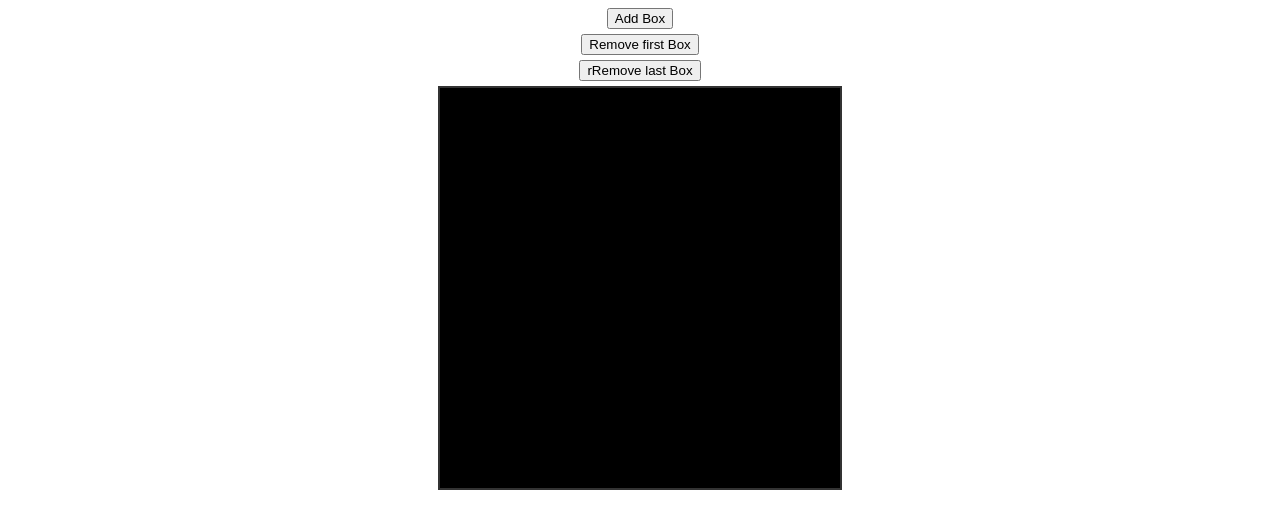
Repository: PankajSutharPersistent/vm-backup
Page: workspaceJavaScript/JSDemo/step-25.html
An editor plug-in stored every save of this project. The page is shown before and after the next save, followed by the edit.
The browser window is 1280 px wide. The pictures show the whole page.

Above is the page before, as saved 2016-12-30 08:59:07.

### workspaceJavaScript/JSDemo/step-25.html
<!doctype html>
<html lang="en">
<head>
	<meta charset="UTF-8" />
	<title>Document</title>
	<style type="text/css" media="screen">

		button{
			display: block;
			margin : 5px auto;
			width 150px
		}
		.box{
			background-color: #000000;
			height: 400px;
			width: 400px;
			border: 2px solid #333333;
			overflow: auto;
			margin:  auto;

		}
	</style>
	<script type="text/javascript" charset="utf-8">

	</script>
</head>
<body>
	<button>Add Box</button>
	<button>Remove first Box</button>
	<button>rRemove last Box</button>
	<div class="box">

	</div>
</body>
</html>

After the next save:
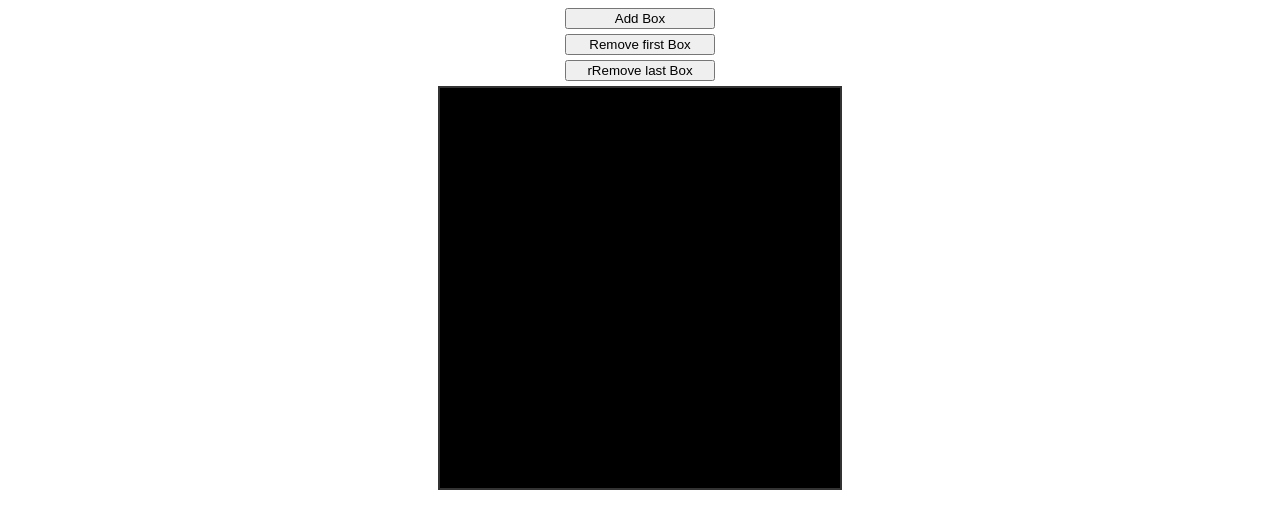
Saved 5 s later.
--- a/workspaceJavaScript/JSDemo/step-25.html
+++ b/workspaceJavaScript/JSDemo/step-25.html
@@ -8,7 +8,7 @@
 		button{
 			display: block;
 			margin : 5px auto;
-			width 150px
+			width :150px
 		}
 		.box{
 			background-color: #000000;
